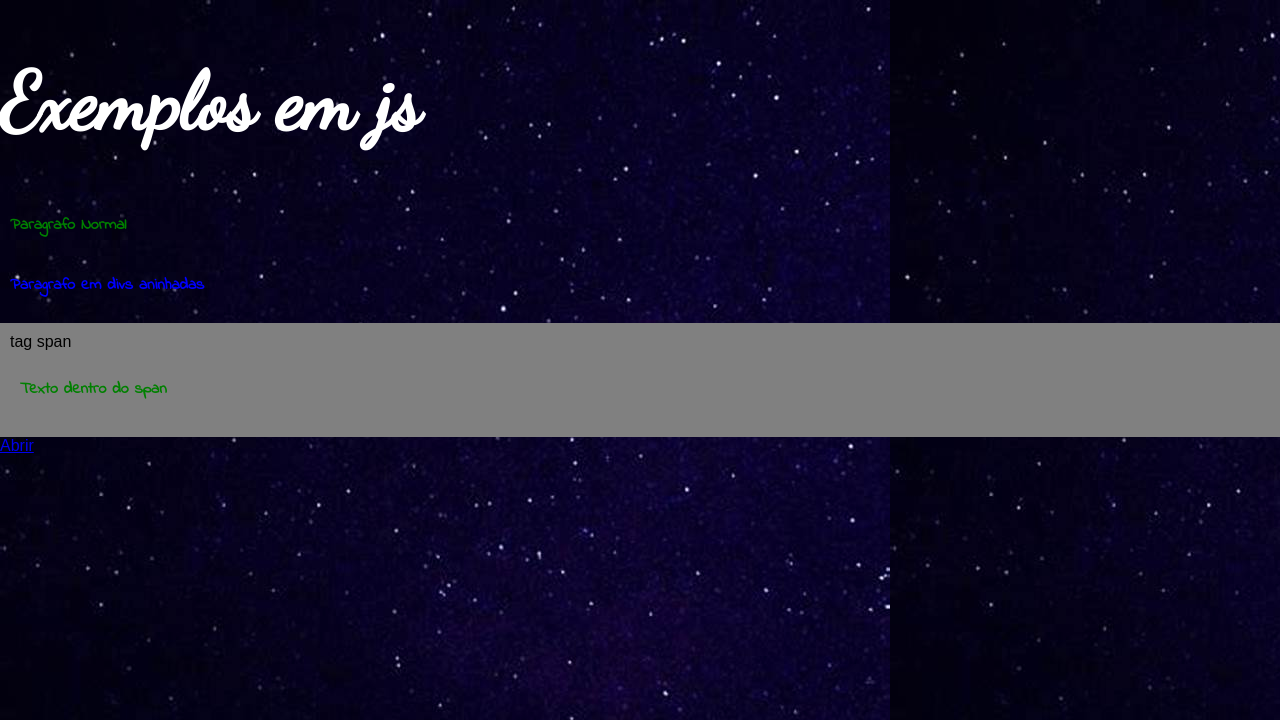
Repository: RenaanHs/RenanHenrique
Page: test.html
These files come from the project's save history. The page is drawn as it stood at one moment and after the next save; the edit follows.
The browser window is 1280 px wide. The pictures show the whole page.
Some web fonts or font styles are not loaded; a fallback is used.

Above is the page before, as saved 2023-11-16 16:25:31.

After the next save:
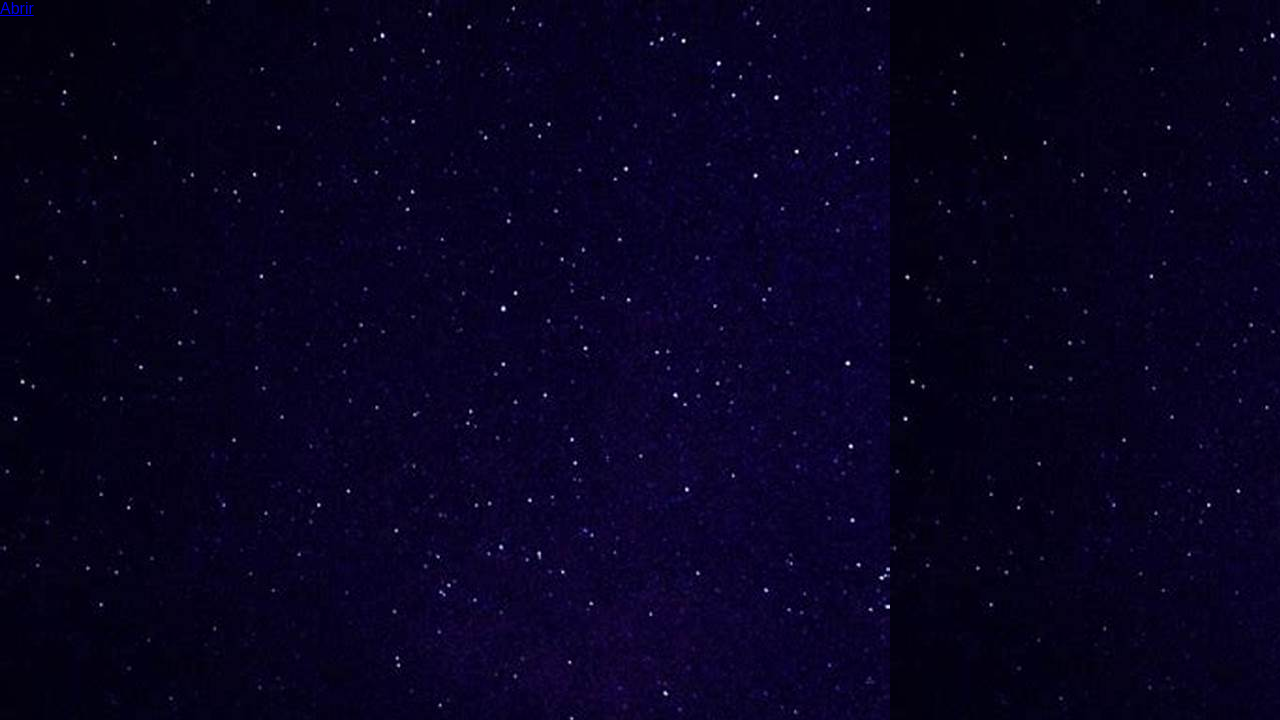
Console error: TypeError: Cannot read properties of null (reading 'style')
Saved 11 s later.
--- a/test.html
+++ b/test.html
@@ -8,17 +8,6 @@
 
 </head>
 <body>
-    <h1>Exemplos em js</h1>
-    <p>Paragrafo Normal</p>
-    <div>
-        <div>
-            <p>Paragrafo em divs aninhadas</p>
-        </div>
-    </div>
-    <span>
-        tag span
-        <p>Texto dentro do span</p>
-    </span>
     <a href="#">Abrir</a>
     <dialog>
         <h2>Titulo mondal</h2>
